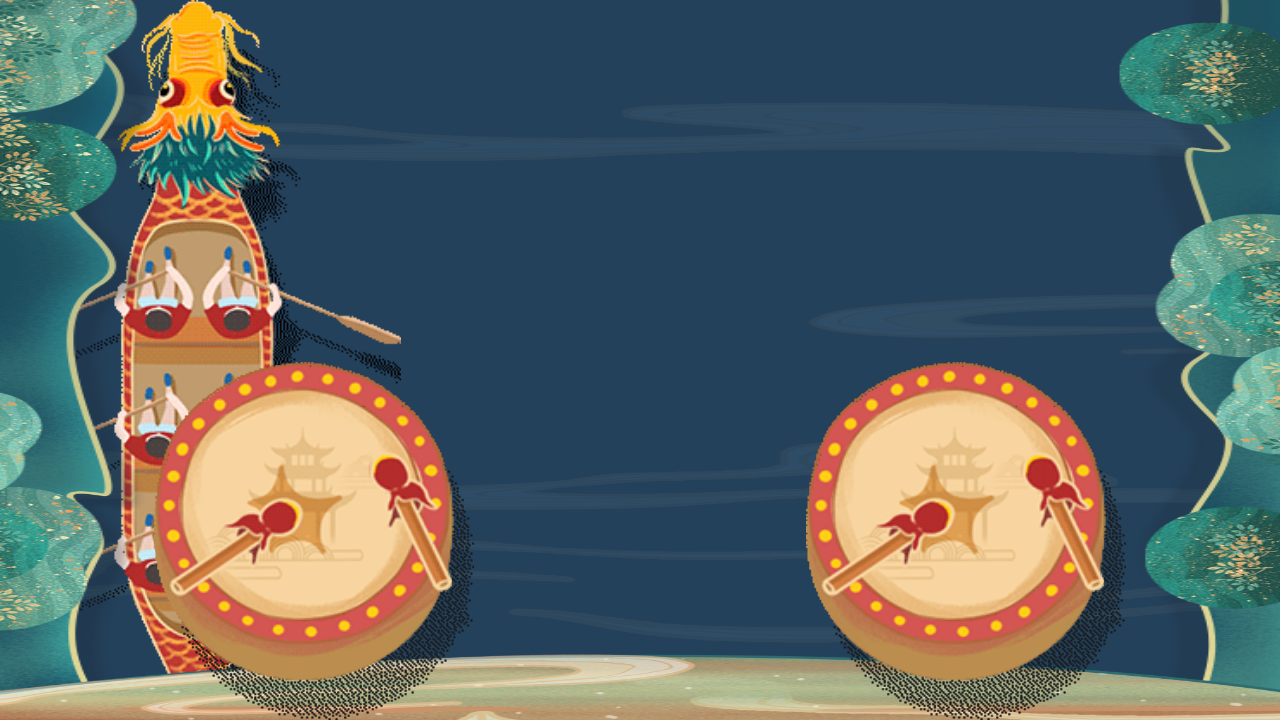
Repository: liushiwei151/hhl_dragon_boat_festival
Page: /Game
The author's editor kept a copy of each file at every save. The page is drawn from the files as they stood at one save, then again after the next save.
The browser window is 1280 px wide. The pictures show the whole page.
An inner scrolling area shows only its first screen. The project was rebuilt for these pictures with package versions that can differ from the ones it lists, and the page was loaded fresh each time. Also part of the build but not shown: vue.config.js, src/views/Home.vue.

Above is the page before, as saved 2020-06-05 17:02:53.

### src/main.ts
import Vue from "vue";
import App from "./App.vue";
import router from "./router";
import { myCustom } from "./common/custom";

Vue.config.productionTip = false;

Vue.use(myCustom);

new Vue({
  router,
  render: h => h(App)
}).$mount("#app");

### src/common/custom.ts
/**
 * longTap 长按
 */

/* eslint-disable */
let myCustom: any = {};
let timeCounter: any;

function custom(Vue: any, options: any) {
  let timeNum = 0; //定时器计数
  let isLong = false; //长按标志

  Vue.directive("longTap", {
    bind(el: any, binding: any, vNode: any) {
      let pressTime = ~~binding.arg; //长按时常 毫秒
      if (!pressTime) {
        pressTime = 500;
      } //初始化默认时长
      // 确保提供的表达式是函数
      if (typeof binding.value !== "function") {
        // 获取组件名称
        const compName = vNode.context.name;
        // 将警告传递给控制台
        let error = `[longpress:] provided expression '${binding.expression}' is not a function`;
        if (compName) {
          error += `Found in component '${compName}' `;
        }
        console.error(error);
      }
      el.addEventListener("touchstart", (event: any) => {
        isLong = false;
        timeCounter = setTimeout(() => {
          isLong = true;
          console.log();
          binding.value(el.getBoundingClientRect());
        }, pressTime);
      });
      el.addEventListener("touchend", (event: any) => {
        clearInterval(timeCounter);
      });
    }
  });
}
myCustom = {
  install: custom
};
// myCustom.install = custom;
export { myCustom };

### src/components/tips.vue
<template>
  <div class="tips" v-show="val !== false">
    <span class="text" v-show="val !== 'wait'">{{ val }}</span>
    <div class="wait" v-show="val === 'wait'"></div>
  </div>
</template>

<script lang="ts">
import { Component, Vue, Prop } from "vue-property-decorator";
@Component({})
export default class Tips extends Vue {
  @Prop() val!: string | boolean;

  mounted(): void {
    // console.log(this.val === false);
  }
}
</script>

<style lang="less" scoped>
.tips {
  position: fixed;
  width: 100%;
  height: 100%;
  z-index: 9999;
  left: 0;
  top: 0;
  display: flex;
  justify-content: center;
  align-items: center;
  .wait {
    background: url(../assets/loading-2.gif) no-repeat;
    width: 10vw;
    height: 10vw;
    background-size: 100% 100%;
  }
  .text {
    background-color: rgba(0, 0, 0, 0.6);
    border-radius: 1vw;
    max-width: 90vw;
    padding: 2vw 5vw;
    color: #fff;
    word-break: break-all;
  }
}
</style>

### src/views/Game.vue
<template>
  <div class="game">
    <div class="gameBG"></div>
    <div class="fixedBG">
      <div
        class="leftDrum drum"
        @click="swichDrum(1)"
        v-longTap="leftLong"
        @touchend="handleTouchEnd"
        :style="{ backgroundImage: 'url(' + gdUrl + ')' }"
      >
        <div
          class="drum"
          :style="{ backgroundImage: 'url(' + imgUrl + ')' }"
        ></div>
      </div>
      <div
        class="leftDrum drum"
        @click="swichDrum(2)"
        v-longTap="rightLong"
        @touchend="handleTouchEnd"
        :style="{ backgroundImage: 'url(' + gdUrl + ')' }"
      >
        <div
          class="drum"
          :style="{ backgroundImage: 'url(' + imgUrl1 + ')' }"
        ></div>
      </div>
    </div>
    <div class="longzhou"></div>
  </div>
</template>

<script lang="ts">
import { Component, Vue, Inject } from "vue-property-decorator";
@Component({})
export default class Game extends Vue {
  @Inject()
  private isTip!: Function;

  imgName = "gu1";
  imgName1 = "gu1";
  gdName = "gu1";
  setInterObejct: any;
  setInterObejct1: any;

  get imgUrl(): string {
    const a = require("../assets/" + this.imgName + ".png");
    return a;
  }
  get imgUrl1(): string {
    const a = require("../assets/" + this.imgName1 + ".png");
    return a;
  }
  get gdUrl(): string {
    const a = require("../assets/" + this.gdName + ".png");
    return a;
  }

  swichDrum(e: number) {
    if (e === 1) {
      if (this.imgName === "gu1") {
        this.imgName = "gu2";
      } else {
        this.imgName = "gu1";
      }
    } else if (e === 2) {
      if (this.imgName1 === "gu1") {
        this.imgName1 = "gu2";
      } else {
        this.imgName1 = "gu1";
      }
    }
  }

  leftLong() {
    const self = this;
    this.setInterObejct = setInterval(() => {
      if (this.imgName === "gu1") {
        this.imgName = "gu2";
      } else {
        this.imgName = "gu1";
      }
    }, 200);
  }
  handleTouchEnd() {
    if (this.setInterObejct) {
      clearInterval(this.setInterObejct);
    }
    if (this.setInterObejct1) {
      clearInterval(this.setInterObejct1);
    }
  }
  rightLong() {
    const self = this;
    this.setInterObejct = setInterval(() => {
      if (this.imgName1 === "gu1") {
        this.imgName1 = "gu2";
      } else {
        this.imgName1 = "gu1";
      }
    }, 200);
  }
}
</script>

<style lang="less" scoped>
@bg100: {
  position: fixed;
  top: 0;
  left: 0;
  background-size: 100% 100%;
  width: 100%;
  height: 100%;
};
@keyframes scrollBG {
  0% {
    transform: translateY(0);
  }
  100% {
    transform: translateY(-50%);
  }
}
@keyframes play {
  from {
    background-position: 0 0;
  }
  to {
    background-position: -94vw 0;
  }
}
.game {
  width: 100%;
  height: 100%;
  .longzhou {
    background: url(../assets/long.png) no-repeat;
    background-size: 300% 100%;
    width: 31.333vw;
    height: 68.133vw;
    background-position: 0 0;
    animation: play 0.5s steps(3) infinite;
  }
  .fixedBG {
    background: url(../assets/gameBG2.png) no-repeat;
    @bg100();
    display: flex;
    justify-content: space-between;
    align-items: flex-end;
    box-sizing: border-box;
    padding: 0 12vw;
    .drum {
      width: 25vw;
      height: 28vw;
      background-size: 100% 100%;
    }
    .leftDrum {
    }
    .rightDrum {
    }
  }
  .gameBG {
    background: url(../assets/gameBG.png);
    position: fixed;
    top: 0;
    left: 0;
    background-size: 100% 50%;
    width: 100%;
    height: 200%;
    z-index: -1;
    animation: scrollBG 4s linear infinite;
  }
}
</style>

Loaded but not shown: public/index.html (common file); src/App.vue (common file); src/router/index.ts (common file)

After the next save:
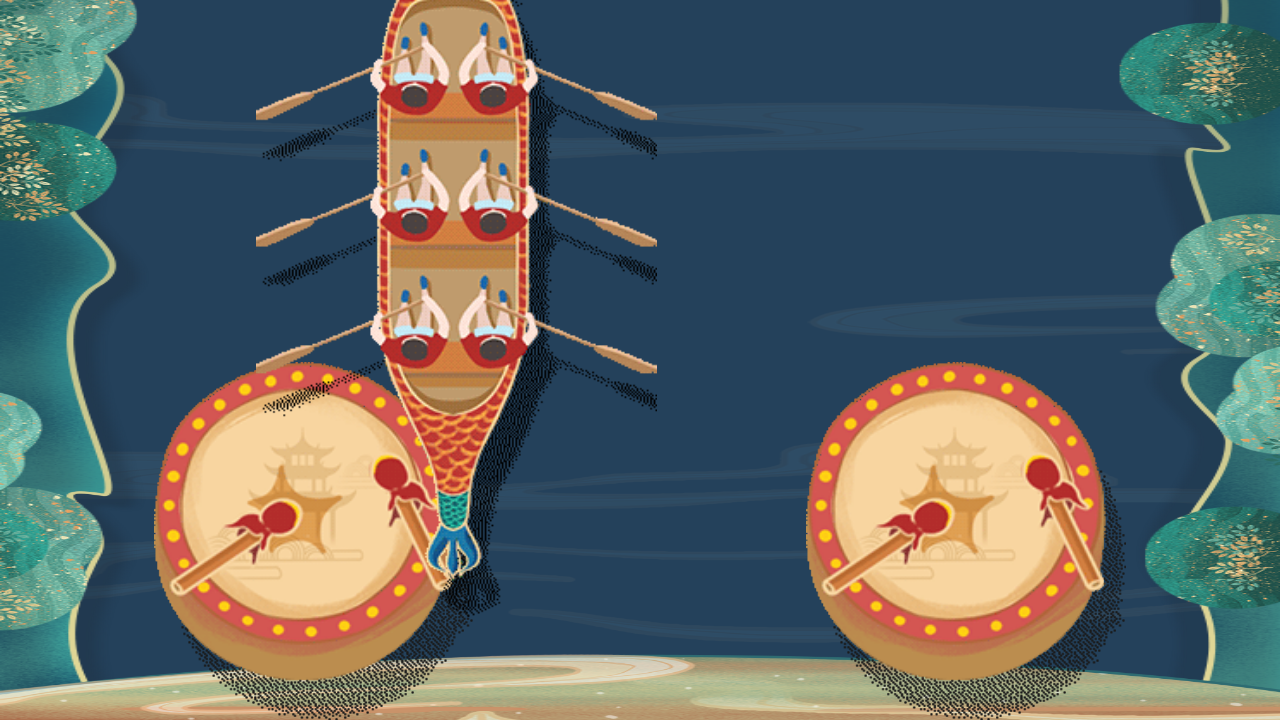
Saved 79 s later.
--- a/src/views/Game.vue
+++ b/src/views/Game.vue
@@ -139,6 +139,9 @@ export default class Game extends Vue {
     height: 68.133vw;
     background-position: 0 0;
     animation: play 0.5s steps(3) infinite;
+    position: absolute;
+    bottom: 10vh;
+    left: 20vw;
   }
   .fixedBG {
     background: url(../assets/gameBG2.png) no-repeat;
